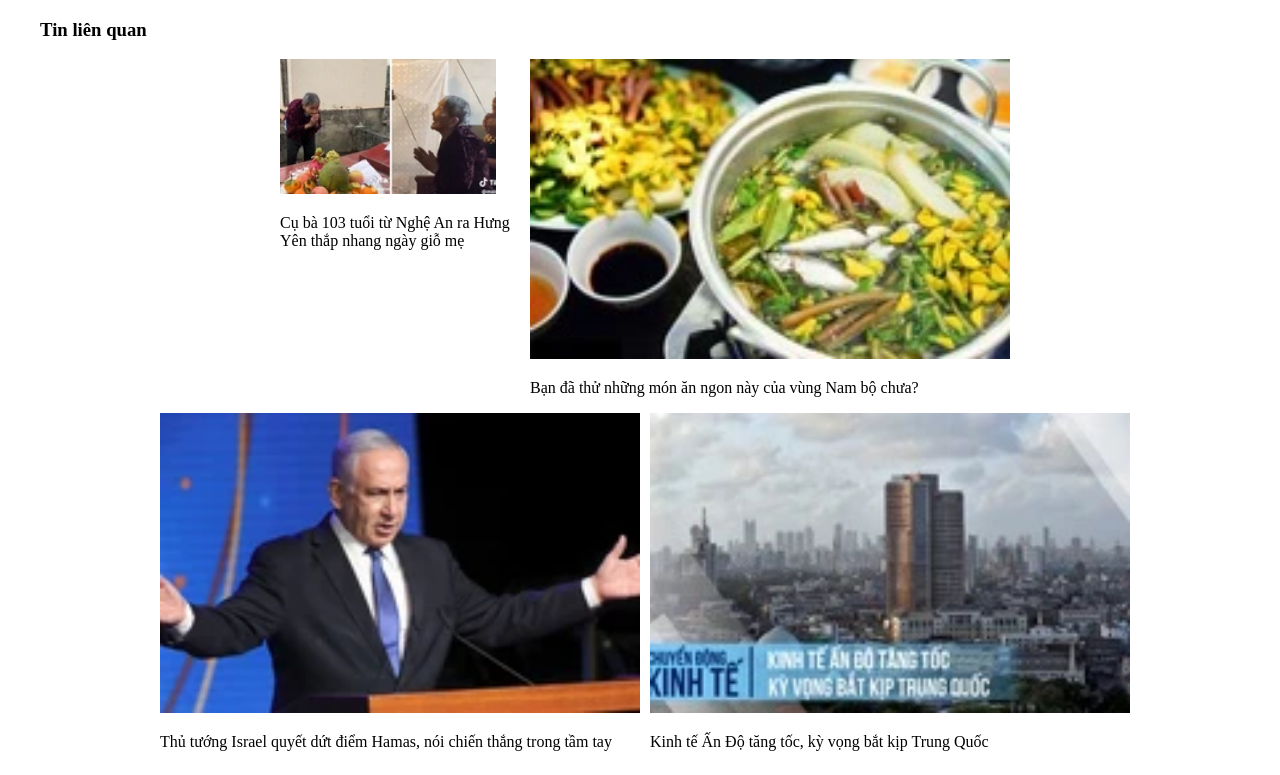
Repository: Tan-Khang21/TH_TKW--Buoi_07
Page: Bai_Tap_Ve_Nha/TinLienQuan.html
The author's editor kept a copy of each file at every save. The page is drawn from the files as they stood at one save, then again after the next save.
The browser window is 1280 px wide. The pictures show the whole page.

Above is the page before, as saved 2024-03-12 17:30:47.

After the next save:
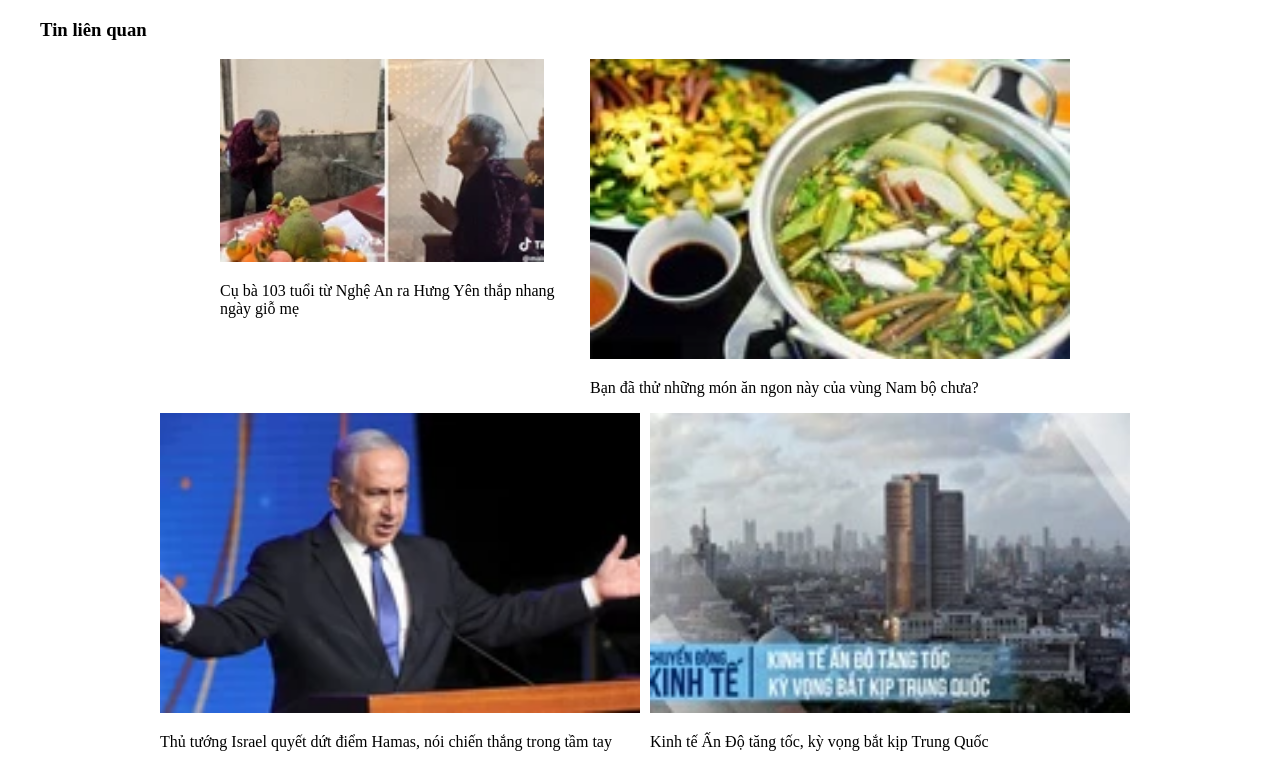
Saved 13 s later.
--- a/Bai_Tap_Ve_Nha/TinLienQuan.html
+++ b/Bai_Tap_Ve_Nha/TinLienQuan.html
@@ -19,7 +19,7 @@
           margin: 0 auto;
         "
       >
-        <div class="box" style="width: 20%; margin-left: 10px">
+        <div class="box" style="width: 30%; margin-left: 10px">
           <img
             src="images/hinh3.webp"
             alt=""
